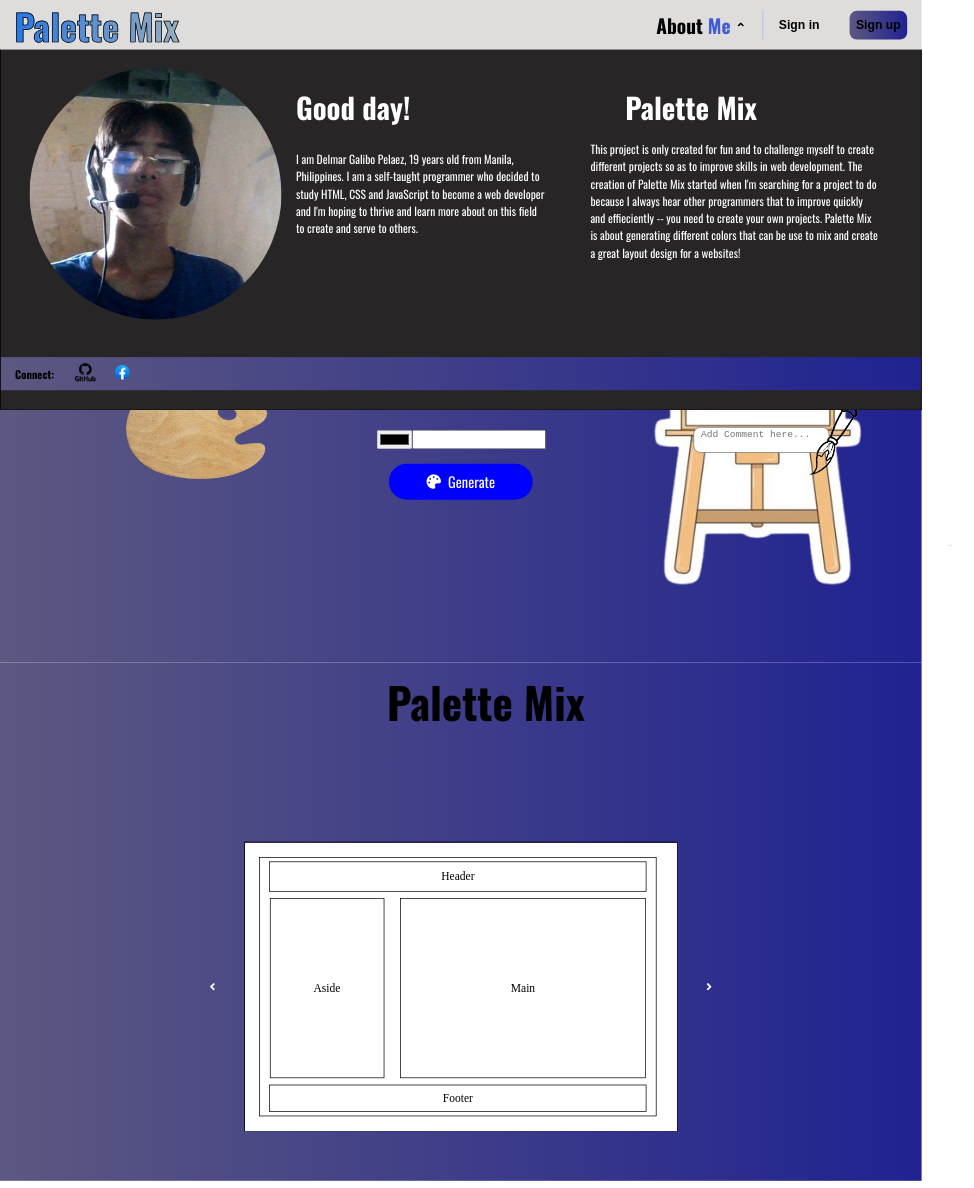
Repository: dmpelaez/Login-Signup-form
Page: Color/colorHeader.html
These files come from the project's save history. The page is drawn as it stood at one moment and after the next save; the edit follows.
The browser window is 1280 px wide. The page is 1353 px wide, so the pictures cover 1353 px, including what lies to the right of the window. The pictures show the whole page, at 72% of full size.
Some web libraries are served in a nearby version.

Above is the page before, as saved 2025-12-12 18:56:29.

After the next save:
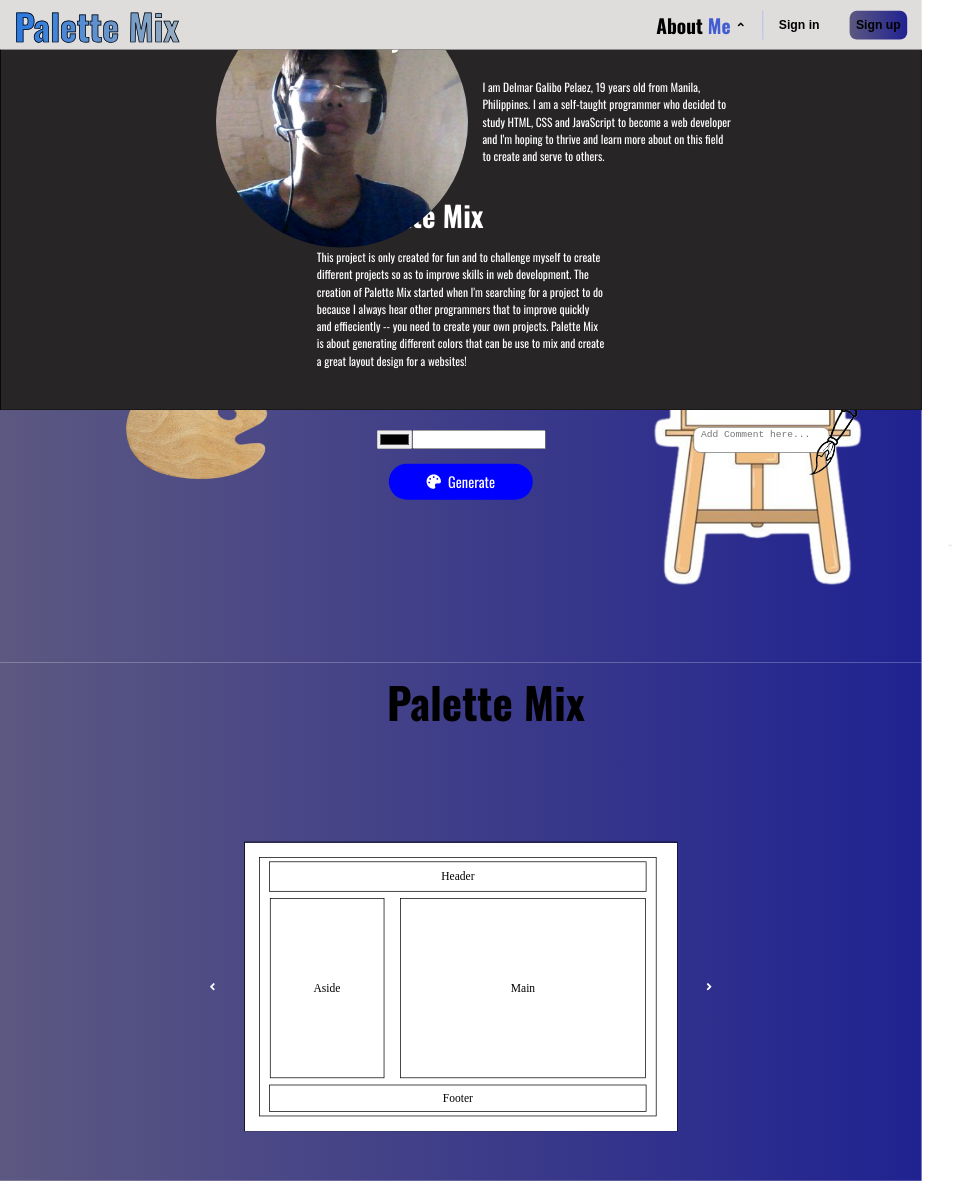
Saved 7 s later.
--- a/Color/colorMain.css
+++ b/Color/colorMain.css
@@ -29,7 +29,7 @@
 
 
 .aboutmeSection {
-  display: grid;
+  display: block;
   position: absolute;
   border: 1px solid black;
   background-color: rgb(39, 37, 37);

After the save that followed:
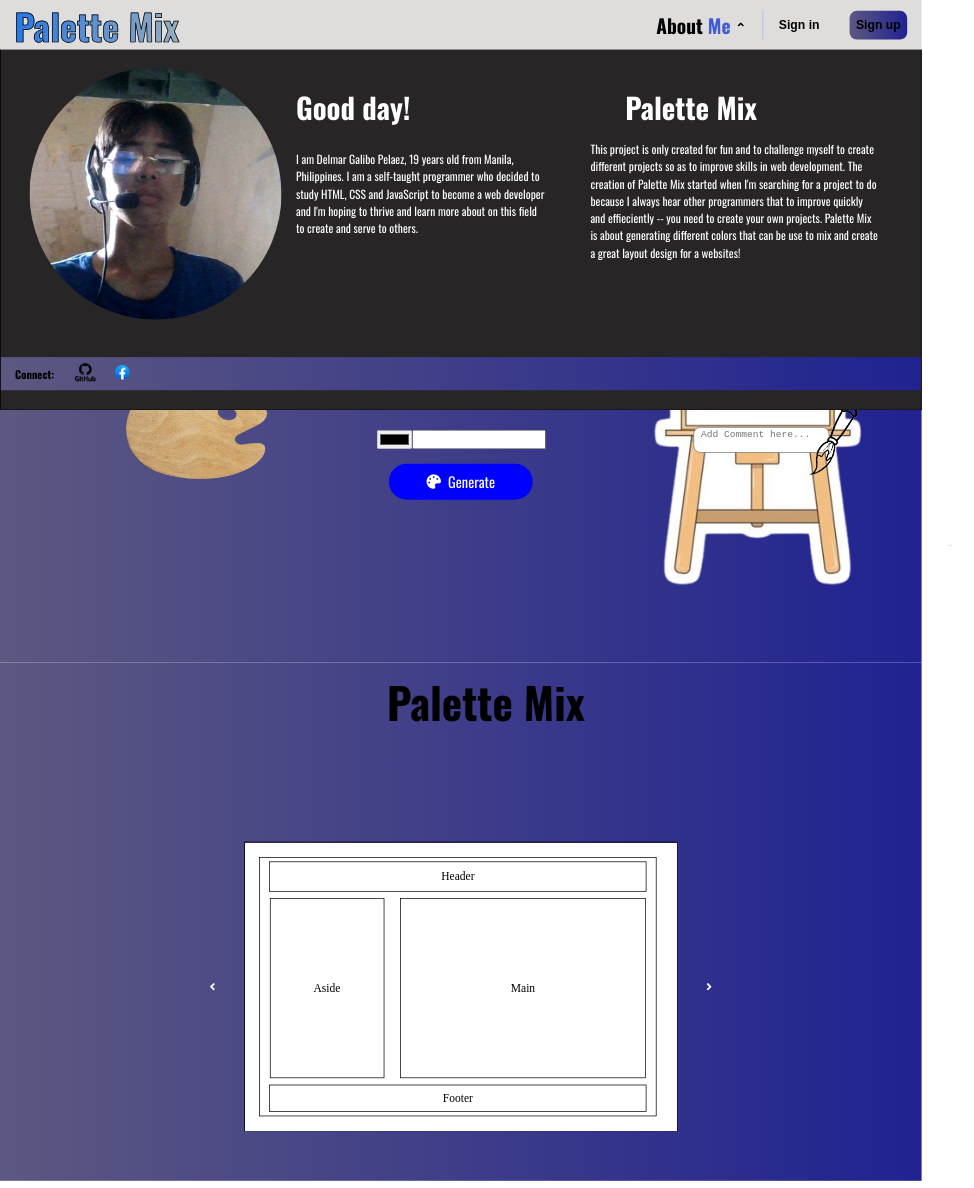
Saved 19 s later.
--- a/Color/colorMain.css
+++ b/Color/colorMain.css
@@ -29,7 +29,7 @@
 
 
 .aboutmeSection {
-  display: block;
+  display: grid;
   position: absolute;
   border: 1px solid black;
   background-color: rgb(39, 37, 37);
